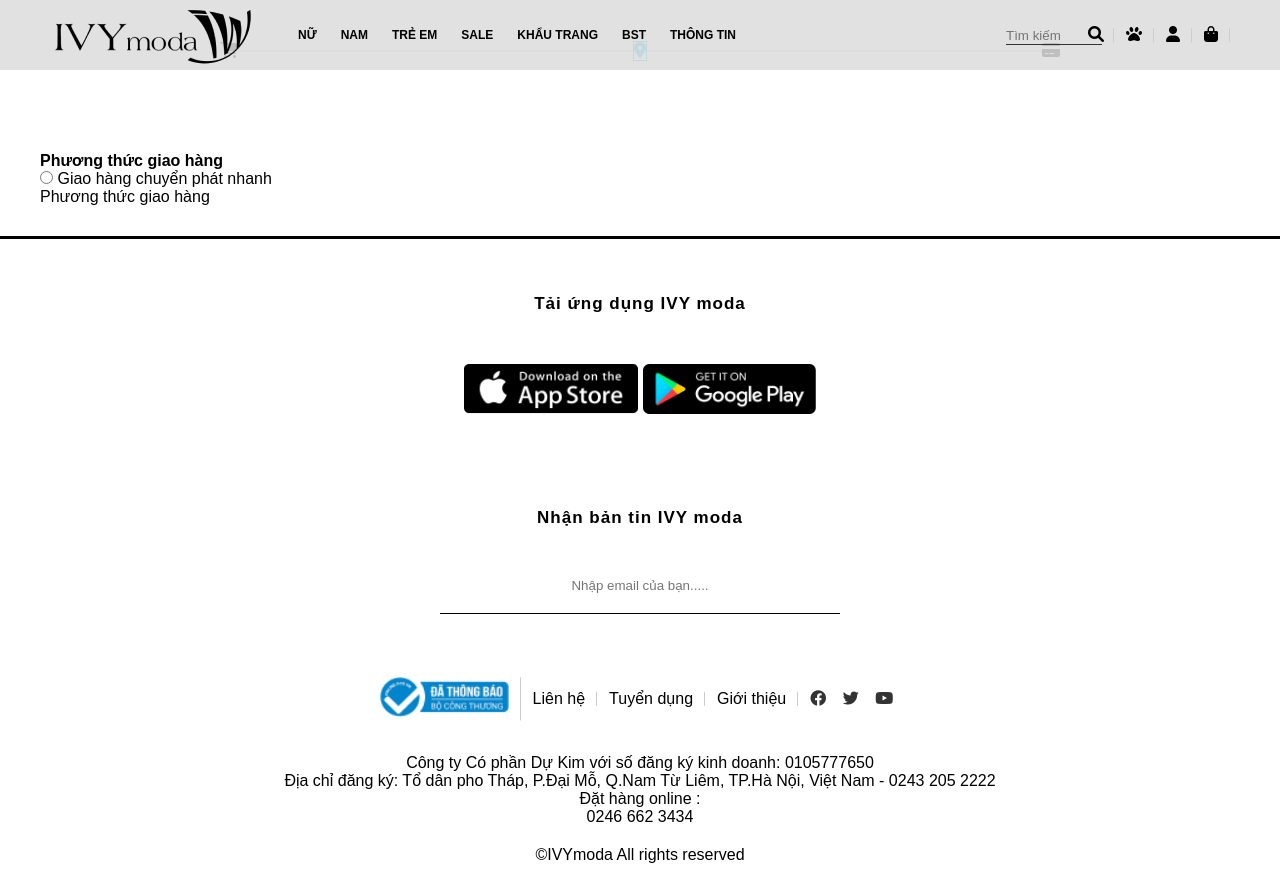
Repository: dinhvanbinh2310/ivy-moda
Page: payment.html
An editor plug-in stored every save of this project. The page is shown before and after the next save, followed by the edit.
The browser window is 1280 px wide. The pictures show the whole page.

Above is the page before, as saved 2022-05-08 22:47:38.

### payment.html
<!DOCTYPE html>
<html lang="en">
<head>
    <meta charset="UTF-8">
    <meta http-equiv="X-UA-Compatible" content="IE=edge">
    <meta name="viewport" content="width=device-width, initial-scale=1.0">
    <link rel="stylesheet" href="./fontawesome-free-6.1.1-web/css/all.css">
    <link rel="stylesheet" href="./css/style.css">
    <title>IVY moda</title>
</head>
<body>
<header>
    <div class="logo">
        <img src="./Images/logo.png" alt="logo" class="logo">
    </div>
    <div class="menu">
        <li><a href="">NỮ</a>
            <ul class="sub-menu">
                <li> <a href="">Hàng mới về</a>
                </li>
                <li> <a href="">Collection</a>
                </li>
                <li> <a href=""> Áo</a>
                    <ul>
                        <li> <a href="">Áo sơ mi</a>
                        </li>
                        <li> <a href="">Áo thun</a>
                        </li>
                        <li> <a href="">Áo khoác</a>
                        </li>
                        <li> <a href="">Áo len</a>
                        </li>
                    </ul>
                </li>
                <li> <a href="">Quần</a>
                    <ul>
                        <li> <a href="">Quần jean</a>
                        </li>
                        <li> <a href="">Quần lửng</a>
                        </li>
                        <li> <a href="">Quần dài</a>
                        </li>
                    </ul>
                </li>
            </ul>
        </li>
        <li><a href="">NAM</a>
        </li>
        <li><a href="">TRẺ EM</a>
        </li>
        <li><a href="">SALE</a>
        </li>
        <li><a href="">KHẨU TRANG</a>
        </li>
        <li><a href="">BST</a>
        </li>
        <li><a href="">THÔNG TIN</a>
        </li>
    </div>
    <div class="others">
        <li>
            <input placeholder="Tìm kiếm" type="text"> <i class="fa-solid fa-magnifying-glass"></i>
        </li>
        <li>
            <a class="fa-solid fa-paw" href=""></a>
        </li>
        <li>
            <a class="fa-solid fa-user" href=""></a>
        </li>
        <li>
            <a class="fa-solid fa-bag-shopping" href=""></a>
        </li>
    </div>
</header>
<!-----------------------------Payment----------------------------->
<section class="payment">
  <div class="container">
    <div class="delivery-top-wrap">
        <div class="delivery-top">
          <div class="delivery-top-delivery payment-top-item">
            <i class="fa-solid fa-cart-shopping "></i>
          </div>
          <div class="delivery-top-adress payment-top-item">
            <i class="fa-solid fa-location-dot"></i>
          </div>
          <div class="delivery-top-payment payment-top-item">
            <i class="fa-solid fa-credit-card "></i>
          </div>
        </div>
</div>
</div>
<div class="container">
  <div class="payment-content row">
    <div class="payment-content-left">
        <div class="payment-content-left-method-delivery">
          <p style="font-weight: bold;">Phương thức giao hàng</p>
        </div>
        <div class="payment-content-left-method-delivery-item">
          <input type="radio">
          <label for="">Giao hàng chuyển phát nhanh</label>
        </div>
            <div class="payment-content-left-method-payment">
              <p>Phương thức giao hàng</p>
            </div>
    </div>
    <div class="payment-content-right">

    </div>
  </div>
</div>
</section>


<div class="dot-horizontal">
</div>
<!------------------------------Footer---------------------------------->
<section class="app-container">
  <p>Tải ứng dụng IVY moda</p>
  <div class="app-google">
      <img src="./Images/appstore.png" alt="">
      <img src="./Images/googleplay.png" alt="">
  </div>
  <p>Nhận bản tin IVY moda</p>
  <input type="text" placeholder="Nhập email của bạn.....">
</section>

<div class="footer-top">
  <li>
      <a href=""> <img src="./Images/img-congthuong.png" alt="">
      </a>
  </li>
  <li>Liên hệ</li>
  <li>Tuyển dụng</li>
  <li>Giới thiệu</li>
  <li>
      <a href="" class="fa-brands fa-facebook"></a>
      <a href="" class="fa-brands fa-twitter"></a>
      <a href="" class="fa-brands fa-youtube"></a>
  </li>
</div>
<div class="footer-center">

  <p>
      Công ty Có phần Dự Kim với số đăng ký kinh doanh: 0105777650
      <br> Địa chỉ đăng ký: Tổ dân pho Tháp, P.Đại Mỗ, Q.Nam Từ Liêm, TP.Hà Nội, Việt Nam - 0243 205 2222
      <br> Đặt hàng online :
      <br>0246 662 3434
      <br>
  </p>
</div>
<div class="footer-bottom">
  ©IVYmoda All rights reserved
</div>
</body>
  </html>

Loaded but not shown: fontawesome-free-6.1.1-web/css/all.css (library); css/style.css (853 lines, source omitted)

After the next save:
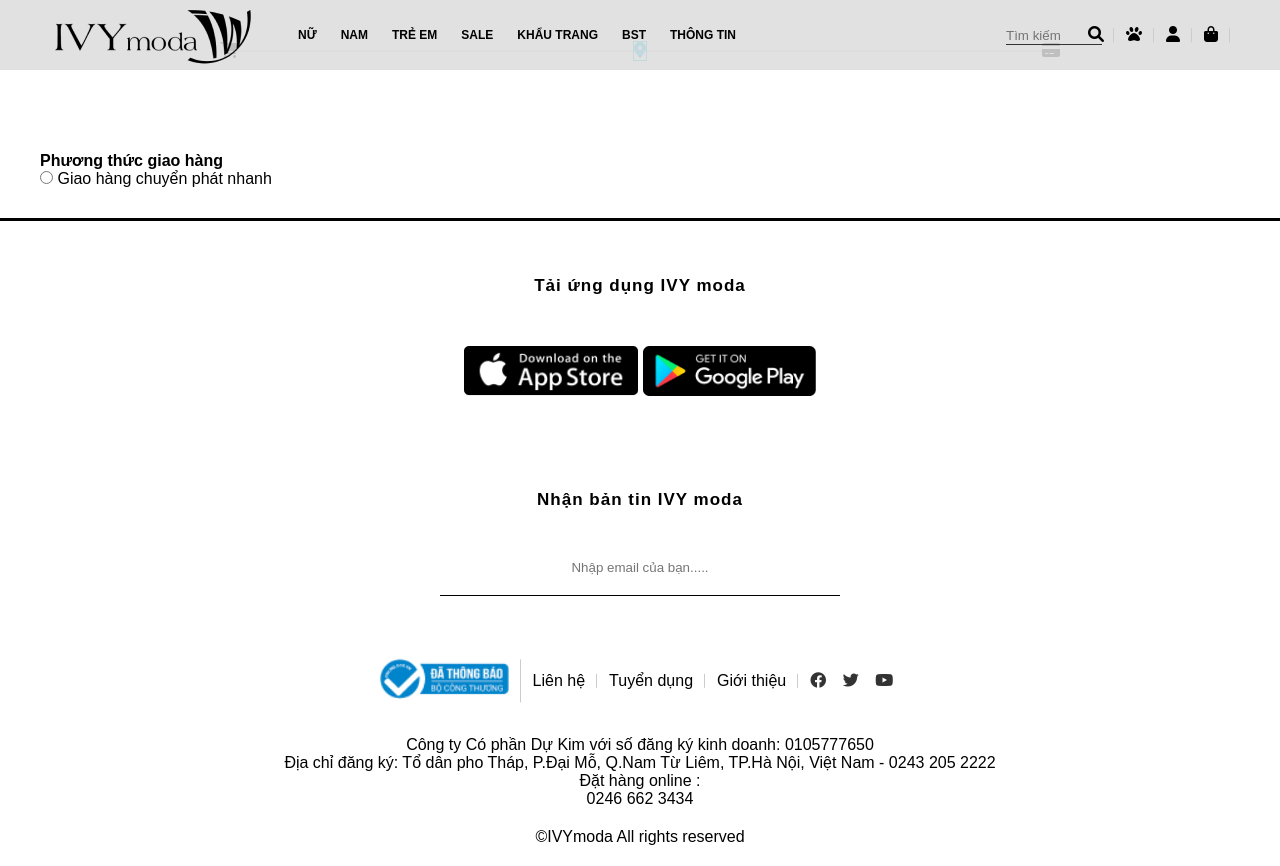
Saved 18 s later.
--- a/payment.html
+++ b/payment.html
@@ -100,7 +100,7 @@
           <label for="">Giao hàng chuyển phát nhanh</label>
         </div>
             <div class="payment-content-left-method-payment">
-              <p>Phương thức giao hàng</p>
+              <p style="font-weight: bold;>Phương thức giao hàng</p>
             </div>
     </div>
     <div class="payment-content-right">

After the save that followed:
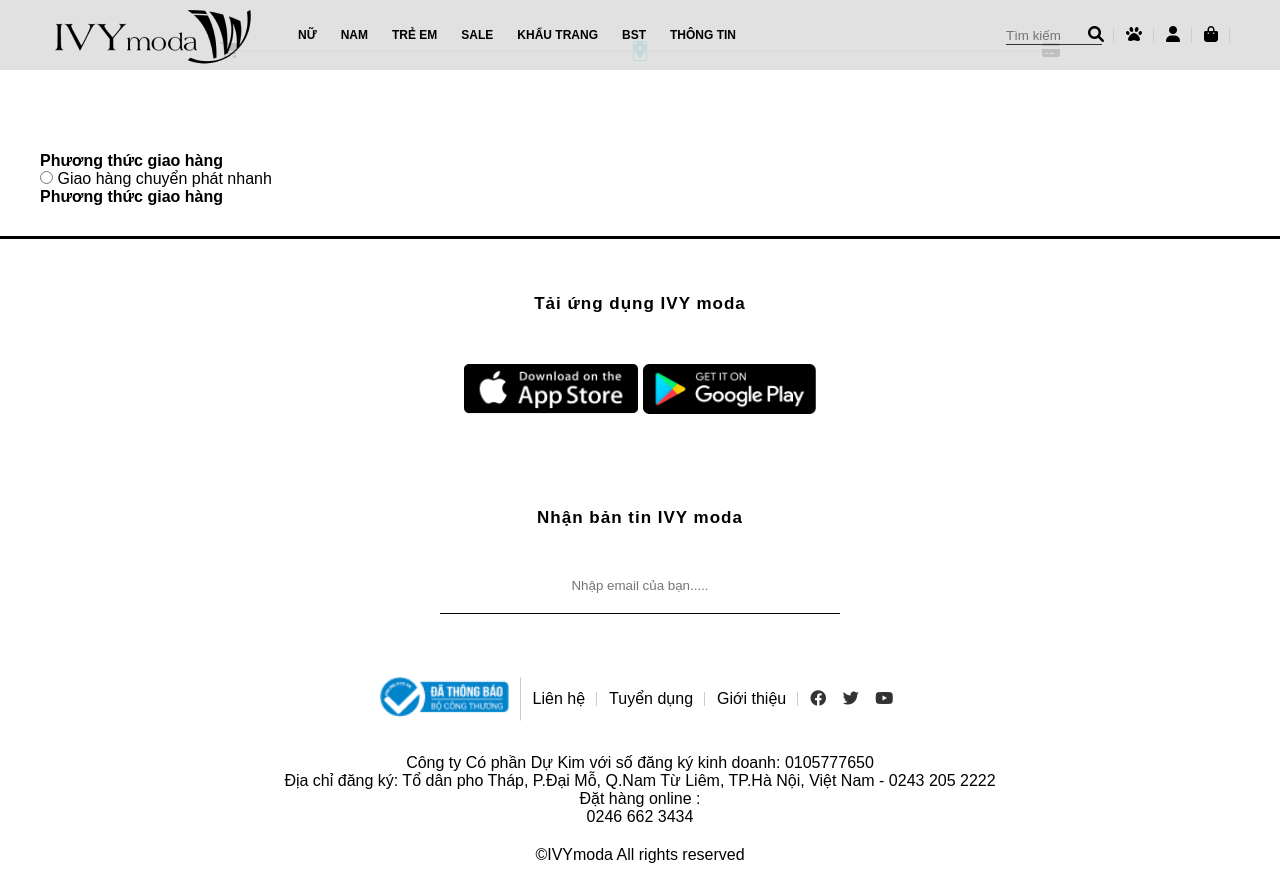
Saved 6 s later.
--- a/payment.html
+++ b/payment.html
@@ -100,7 +100,7 @@
           <label for="">Giao hàng chuyển phát nhanh</label>
         </div>
             <div class="payment-content-left-method-payment">
-              <p style="font-weight: bold;>Phương thức giao hàng</p>
+              <p style="font-weight: bold;">Phương thức giao hàng</p>
             </div>
     </div>
     <div class="payment-content-right">
